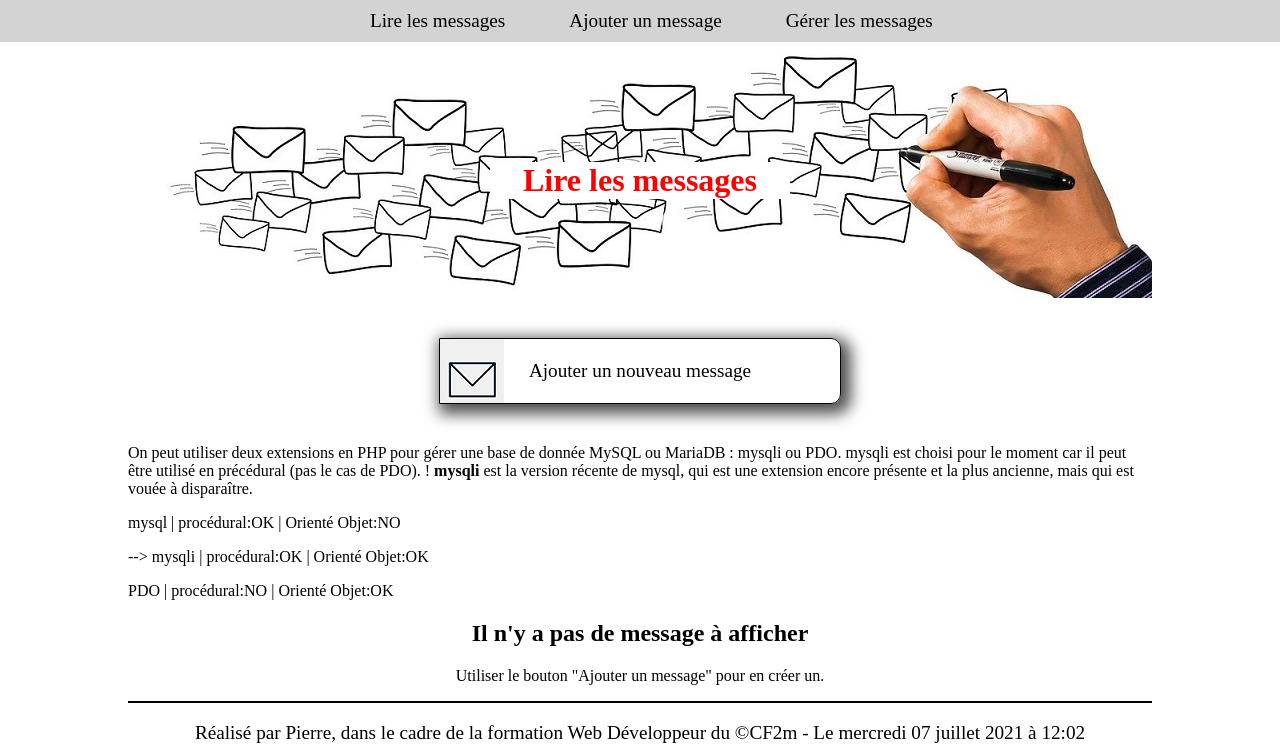
Repository: WebDevCF2m2021/base-php-2021
Page: http://localhost/livredorPierre/
These files come from the project's save history. The page is drawn as it stood at one moment and after the next save; the edit follows.
The browser window is 1280 px wide. The pictures show the whole page.
The page is run by PHP 8.4 with error messages shown; the project is at /var/www/html/. Queries for data that is not in the repository find no rows.

Above is the page before, as saved 2021-09-23 16:16:55.

### livredorPierre/index.php
<?php

/*
EXE 3 remplacer les conditions strictes par les simplifiées
Lignes  21
Lignes  43
Lignes  88 -> utilisation de empty()


*/


// chargement du fichier de configuration, le require_once ne permet pas l'erreur (exit immédiat) et surtout ne charge le fichier qu'une seule fois !!! (sinon erreur des constantes redéfinies)
require_once "config.php";

// connexion en mysqli procédural au serveur et à la DB en utilisant les constantes se trouvant dans config.php. le @ devant mysqli_connect() empèche l'affichage disgracieuse de l'erreur système, nous allons nous-même écrire l'erreur si il y en a une
$connectDB = @mysqli_connect(DB_HOST, DB_USER, DB_PWD, DB_NAME, DB_PORT);

// si on a un problème lors de la connexion, qui vaut alors false, on peut utiliser if(!connectDB) ou if(mysqli_connect_error()) ou if(mysqli_connect_errno())
// ceci est un gestionnaire d'erreur
if (!$connectDB) {
    // le die() arrête le script (exit()) et affiche le texte entre parenthèses
    die("Problème lors de la connexion :" . mysqli_connect_error());
}

// si on est ici, c'est qu'on pu se connecter ! (die())

// on change le charset de communication entre le serveur sql et le serveur php
mysqli_set_charset($connectDB,DB_CHARSET);

// création d'une variable contenant notre requête sql (en SQL donc!)
$sql = "SELECT pseudo, msg, date_msg
FROM messages
ORDER BY date_msg DESC;";

// on effectue la requête SQL avec mysqli_query($varDeConnexion,"DU SQL"), le or die() avec le message d'erreur entre parenthèse sert à nous montrer l'erreur (débogage), en effet une erreur autre que de connexion en sql n'affichera aucune alerte. ! on affiche l'erreur avec mysqli_error($varDeConnexion) et pas mysqli_connect_error
$requestDB = mysqli_query($connectDB, $sql) or die("Problème lors de la requête de sélection des messages: " . mysqli_error($connectDB));

// on récupère le nombre de ligne de résultats avec mysqli_num_rows($requete)
$nbMessage = mysqli_num_rows($requestDB);

// si on a au moins un message (0=> false, 1 ou plus => true)
if($nbMessage){
    // si on a un message OU plusieurs messages, on va toujours utiliser les mysqli_fetch_all avec le flag: MYSQLI_ASSOC
    $messages = mysqli_fetch_all($requestDB,MYSQLI_ASSOC);
}
include("./helper.php");
?>
<!DOCTYPE html>
<html>

<head>
    <meta charset="utf-8" />
    <title>Mon livre d'or</title>
    <link type="text/css" rel="stylesheet" href="livre.css" />
</head>

<body>
    <nav>
        <?php
        // on importe le fichier contenant le menu, autant de fois qu'on le souhaite, et permet l'erreur (affichage du reste de la page)
        include "menu.php";

        ?>
    </nav>
    <header>
        <h1>Lire les messages</h1>
    </header>
    <main>
        <div class="bouton">
            <a href="ajout.php">Ajouter un nouveau message</a>
        </div>
        <div class="">
            <p>On peut utiliser deux extensions en PHP pour gérer une base de donnée MySQL ou MariaDB : mysqli ou PDO. mysqli est choisi pour le moment car il peut être utilisé en précédural (pas le cas de PDO). ! <strong>mysqli</strong> est la version récente de mysql, qui est une extension encore présente et la plus ancienne, mais qui est vouée à disparaître. </p>
            <p>mysql | procédural:OK | Orienté Objet:NO</p>
            <p>--> mysqli | procédural:OK | Orienté Objet:OK</p>
            <p>PDO | procédural:NO | Orienté Objet:OK</p>
        </div>
        <!-- Cette section doit être affichée quand il n'y a encore aucun message -->
        <?php
        // pas de message
        if(empty($nbMessage)){
        ?>
            <section class="no-msg">
                <h2>Il n'y a pas de message à afficher</h2>
                <p>Utiliser le bouton "Ajouter un message" pour en créer un.</p>
            </section>
        <?php
        }else{
        ?>
        <!-- Cette section doit être affichée quand il y a des messages dans la DB -->
        <section class="msgs">

            <h2>Les derniers messages (<?=$nbMessage?>)</h2>
            <?php
            foreach($messages as $item):
            ?>
            <article>
                <!-- titre contient le pseudo -->
                <h3><?=$item['pseudo']?></h3>
                <!-- div avec le contenu du message -->
                <div><?=$item['msg']?></div>
                <!-- date et heure de création du message -->
                <p>Ecrit le <?=$item['date_msg']?></p>
            </article>
            <?php
            endforeach;
            ?>
        </section>
        <?php
        }
        ?>
    </main>
    <nav>
        <?php

        /*
        EXERCICE
         Si j'ai plus que 4 messages
            on affiche le menu
         Sinon
            on ne l'affiche pas
         */

        // on importe le fichier contenant le menu, autant de fois qu'on le souhaite, et permet l'erreur (affichage du reste de la page)
        if($nbMessage>4){
            include "menu.php";
        }
        ?>
    </nav>
    <footer>
        <!-- EXE 2 année en 4 chiffres, qui change suivant l'année -->
        <p>Réalisé par Pierre, dans le cadre de la formation Web Développeur du ©CF2m - <?=frenchDate(DATE)?> </p>
    </footer>
</body>

</html>

### livredorPierre/config.php
<?php

// définition des constantes de connexion à la DB
define("DB_NAME","livredor");
define("DB_HOST","localhost");
define("DB_PORT",3307);
define("DB_USER","root");
define("DB_PWD","");
define("DB_CHARSET","utf8");
define("DATE",date("Y-m-d H:i:s"));

### livredorPierre/helper.php
<?php
function frenchDate($date,$format=1){
    $out="";
    $joursTab = ["dimanche","lundi","mardi","mercredi","jeudi","vendredi","samedi"];
    $moisTab = [1=>"janvier","février","mars","avril","mai","juin","juillet","août","septembre","octobre","novembre","décembre"];
    $date = strtotime($date);

    switch($format){

        case 1:
        $out.="Le "
                .$joursTab[date("w",$date)]." " // jour de la semaine en français
                .date("d",$date)." " // chiffre du jour
                .$moisTab[date("n",$date)]." " // mois en français
                .date("Y à H:i",$date); // année / heures / minutes
                break;

        case 2:
        $out.="Le "
               // .$joursTab[date("w",$date)]." " // jour de la semaine en français
                .date("d",$date)." " // chiffre du jour
                .$moisTab[date("n",$date)]." " // mois en français
                .date("Y à H\hi",$date); // antislash pour éviter l'interprétation de h
                break;
        case 3:
        $out.="Le "
                .$joursTab[date("w",$date)]." " // jour de la semaine en français
                .date("d",$date)." " // chiffre du jour
                .$moisTab[date("n",$date)]." " // mois en français
                .date("Y à ",$date); // année
        // vérification pour le "s" de heure (si au dessus "01", récupération de l'heure, toujours unstring)
        $h = date("H",$date);
        // avec un comparaison non stricte, par défaut PHP utilise le transtypage, donc "H" qui est un string, par exemple "02" (convertit en int) sera comparé à 2
        if($h >= 2) {
            $out.=$h." heures";
        }else{
            $out.=$h." heure";
        }
        break;

        // équivalence du else (si rien n'est vrai)
        default:

            return "Format de date non reconnue";
    }



    return $out;
}

### livredorPierre/menu.php
<ul>
    <li><a href="./">Lire les messages</a></li>
    <li><a href="ajout.php">Ajouter un message</a></li>
    <li><a href="gestion.php">Gérer les messages</a></li>
</ul>

### livredorPierre/livre.css
body {
    margin:0;       /* enlever les marges par défaut du navigateur */
}

/* =================== MENU ========================*/

nav {
    position: sticky;   /* pour coller le menu quand la page défile (scroll) */
    top: 0px;
    background-color: lightgrey;
}

nav ul {
    list-style: none;
    width:640px;
    margin: 0 auto;     /* centrer horizontalement */
}

nav ul li {
    display:inline-block;
}

nav ul li a {
    display:block;
    text-decoration: none;
    color: black;
    font-size: 1.2em;
    padding: 10px 30px;

    transition: all 1s linear 0s;   /* propriété durée vitesse délai */
}

nav ul li a:hover {
    background-color: darkgrey;
}

/* ===================== ENTETE ====================== */

header {
    background-image: url("images/banniere.jpg");
    background-repeat: no-repeat;
    width: 1024px;
    height: 256px;
    margin: 0 auto;
}

header h1 {
    position: relative;
    top:120px;
    z-index: 5;
    color: red;
    text-align: center;
    background-color: white;
    width:300px;
    margin: 0 auto;
}

/* ================ ZONE PRINCIPALE ================== */

main {
    width: 1024px;
    margin: 0 auto;
}

.bouton {
    text-align: center;
}

.bouton a {
    display: block;
    width: 400px;
    height: 64px;
    line-height: 64px;      /* centrer le texte du lien verticalement */
    margin: 40px auto;
    text-decoration: none;
    color: #000000;
    background-image: url("images/fermee.png");
    background-repeat: no-repeat;
    font-size: 1.2em;
    border: 1px solid #000000;
    border-radius: 0 10px 10px 0;
    box-shadow: 5px 5px 15px 5px #4F4F4F;
}

.bouton a:hover {
    background-image: url("images/ouverte.png");
    box-shadow: none;
}

.no-msg h2, .msgs h2, .no-msg p {
    text-align: center;
}

article {
    border: 1px solid darkgrey;
    border-radius: 0 10px 10px 0;
    box-shadow: 5px 5px 15px 5px #4F4F4F;
    margin-bottom: 40px;
    padding: 10px;
}

article div {
    text-align: justify;
}

article p {
    text-align: right;
}

/* ================= FORMULAIRE ==================== */

form {
    width: 640px;
    margin: 20px auto;
}

.nom, .email, .message, .envoi {
    margin: 20px;
}
label {
    display: inline-block;
    width:100px;
    height:2em;
    line-height:2em;
    font-size:1.2em;
}

.nom input, .email input, .message textarea {
    display: inline-block;
    width:480px;
}

.message label {
    float: left;
}

.message textarea {
    height: 80px;
    resize: none;
}

.envoi input {
    display: block;
    width:590px;
    height: 3em;
    font-size: 1.2em;
}

/* ================= GESTION - TABLEAU =============== */
.admin, .admin tr, .admin th, .admin td {
    border: 2px solid #000000;
    border-collapse: collapse;
}

.admin {
    margin: 30px auto;
}

.admin th {
    height: 2em;
}

.admin td {
    padding:10px;
}

/* ================== FOOTER ========================= */
footer {
    width: 1024px;
    margin: 0 auto;
    height: 3em;
    border-top: 2px solid  black;
}

footer p {
    text-align: center;
    font-size: 1.2em;
}

After the next save:
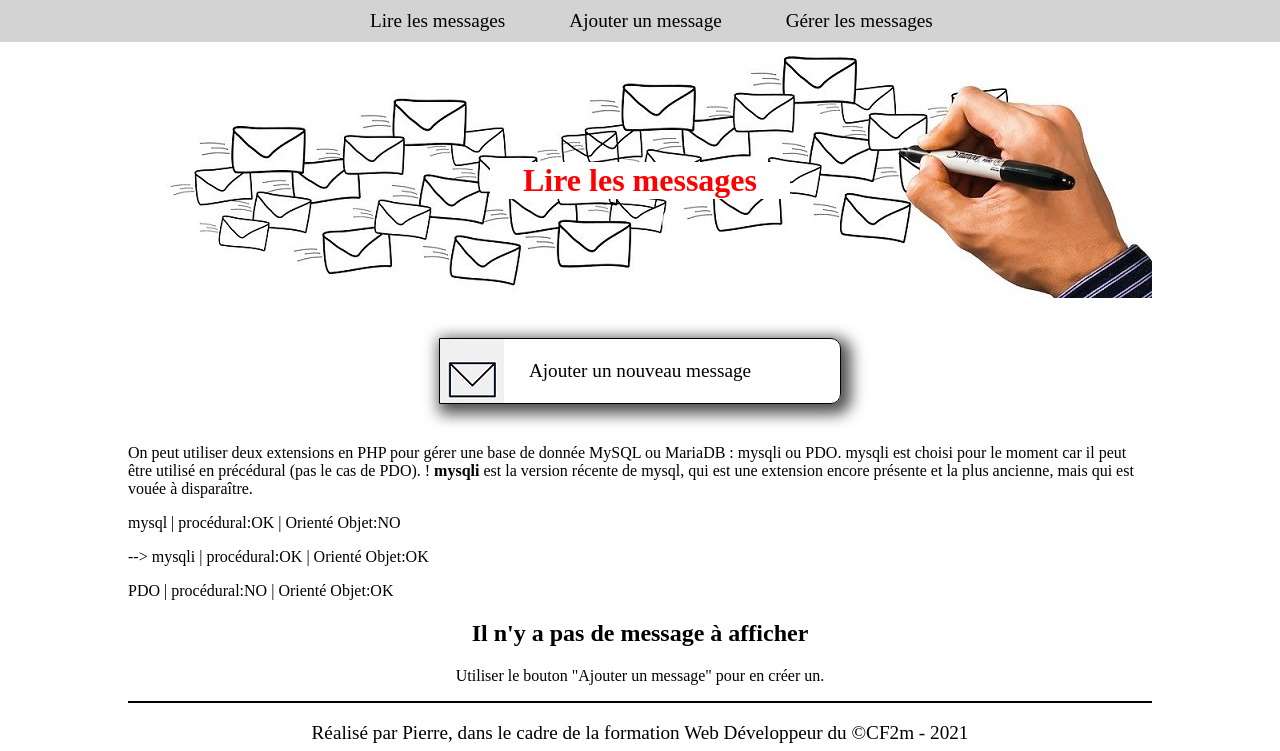
Saved 3 min 32 s later.
--- a/livredorPierre/index.php
+++ b/livredorPierre/index.php
@@ -44,7 +44,7 @@ if($nbMessage){
     // si on a un message OU plusieurs messages, on va toujours utiliser les mysqli_fetch_all avec le flag: MYSQLI_ASSOC
     $messages = mysqli_fetch_all($requestDB,MYSQLI_ASSOC);
 }
-include("./helper.php");
+include_once("./helper.php");
 ?>
 <!DOCTYPE html>
 <html>
@@ -130,7 +130,7 @@ include("./helper.php");
     </nav>
     <footer>
         <!-- EXE 2 année en 4 chiffres, qui change suivant l'année -->
-        <p>Réalisé par Pierre, dans le cadre de la formation Web Développeur du ©CF2m - <?=frenchDate(DATE)?> </p>
+        <p>Réalisé par Pierre, dans le cadre de la formation Web Développeur du ©CF2m - <?=date("Y")?> </p>
     </footer>
 </body>
 
